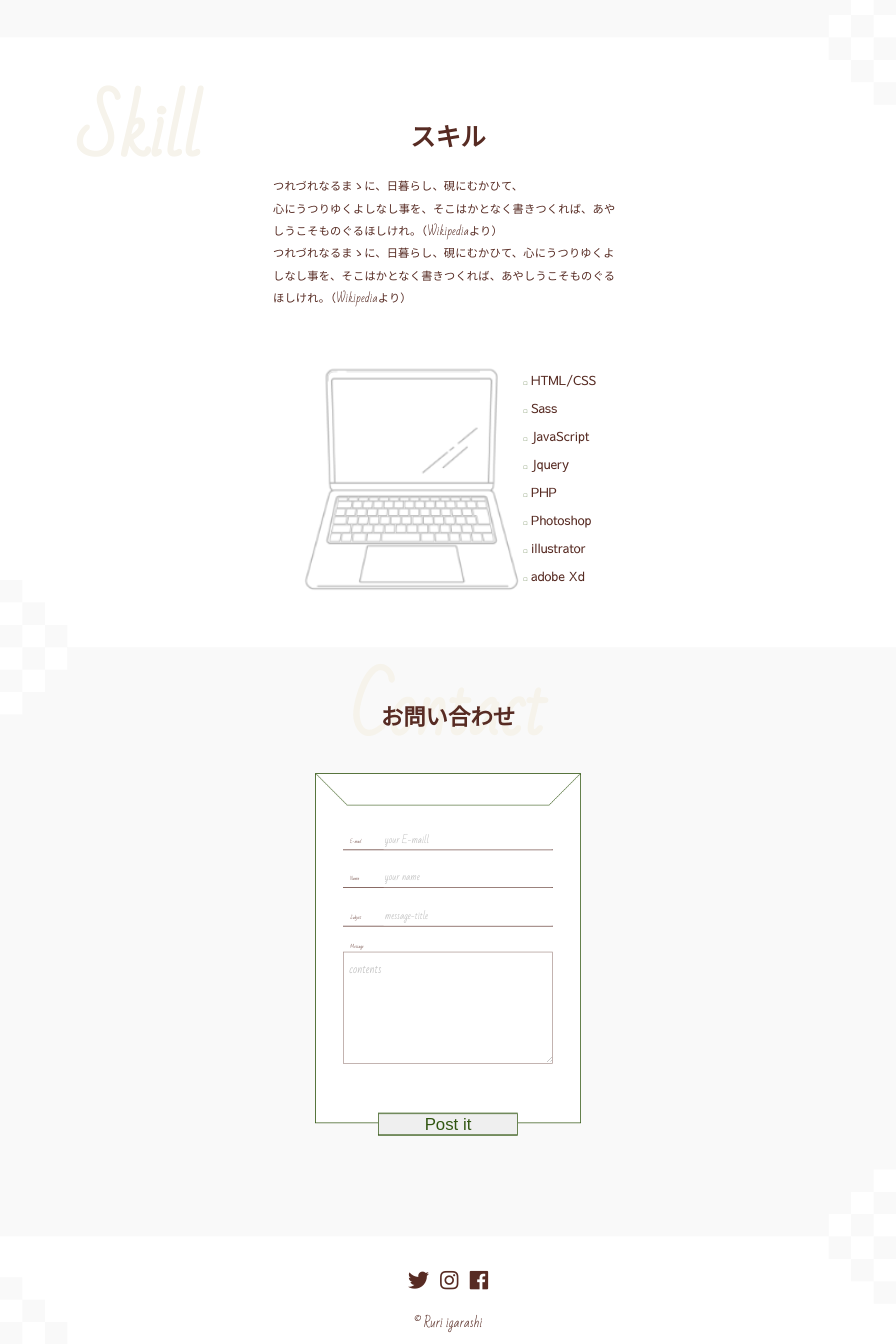
Repository: ppmp556/igarashi.kakuu
Page: index.html
The author's editor kept a copy of each file at every save. The page is drawn from the files as they stood at one save, then again after the next save.
The browser window is 1280 px wide. The pictures show the part of the page from y = 3622 to 5542 px (the page is 5542 px tall before and 5532 px after), at 70% of full size.
Some web libraries are served in a nearby version. The style sheet was rebuilt from its Sass, Less or Tailwind sources for each picture, by a compiler version that may differ from the author's.

Above is the page before, as saved 2020-11-11 13:48:55.

### index.html
<!DOCTYPE html>
<html lang="ja">
    <head>
        <meta charset="UTF-8">
        <meta name="viewport" content="width=device-width, initial-scale=1.0, maximum-scale=1.0, minimum-scale=1.0">
        <link rel="stylesheet" href="faundation.css" type="text/css">
        <link rel="stylesheet" href="css/style.css" type="text/css">
        <link href="https://use.fontawesome.com/releases/v5.6.1/css/all.css" rel="stylesheet">
        <link href="https://fonts.googleapis.com/css?family=Bad+Script" rel="stylesheet">
        <link href="https://fonts.googleapis.com/css?family=Sawarabi+Gothic" rel="stylesheet">
        <link rel="img" href="image">
        <title>架空LP</title>

    </head>
    <body>

    <div class="container">
        <header class="header">
            <h1 class="header_ttl">
                <a href="index.html" class="header_link">My Portfolio</a><!-- /.header_link -->
            </h1><!-- /.header_ttl -->
            <nav class="nav">
                <div class="nav_wrapper" id="nav_lists">
                    <!-- ハンバーガーメニュー部分 -->
                    <div class="toggle_btn" id="nav_toggler">
                        <span class="toggle_line __tg1"></span>
                        <span class="toggle_line __tg2"></span>
                        <span class="toggle_line __tg3"></span>
                    </div>
                    <!-- ハンバーガーメニューここまで -->
                </div>
                <ul class="nav_list flex">
                    <li class="nav_item">
                        <a href="#" class="nav_link">Profile<span class="nav_sp">プロフィール</a><!-- /.nav_link -->
                    </li><!-- /.nav_item -->
                    <li class="nav_item">
                        <a href="#" class="nav_link">Works<span class="nav_sp">実績一覧</a><!-- /.nav_link -->
                    </li><!-- /.nav_item -->
                    <li class="nav_item">
                        <a href="#" class="nav_link">Skill<span class="nav_sp">スキル</a><!-- /.nav_link -->
                    </li><!-- /.nav_item -->
                    <li class="nav_item nav_color">
                        <a href="#" class="nav_link nav_color">Contact<span class="nav_sp">お問い合わせ</a><!-- /.nav_link -->
                    </li><!-- /.nav_item -->
                </ul><!-- /.nav_list -->
            </nav><!-- /.nav -->
        </header><!-- /.header -->

        <div class="kv">
            <div class="kv_txtbox">
                <p class="kv_txt">I love this job from the bottom of my heart.</p><!-- /.kv_txt -->
                <p class="kv_txt __subtxt">私はこの仕事が大好きだ</p><!-- /.kv_txt -->
            </div><!-- /.kv_txtbox -->
            <div class="site_btn">
                <a href="#" class="site_link">Contact</a><!-- /.site_link -->
            </div><!-- /.site_btn -->
        </div><!-- /.kv -->
        <main>
            <div class="inner">

                <section class="prof" id="prof">
                    <div class="section_ttlbox">
                        <h2 class="prof_ttl">プロフィール</h2><!-- /.prof_ttl -->
                        <!-- <span class="prof_sub">Profile</span> -->
                    </div><!-- /.section_ttlbox -->
                    <div class="prof_inner">
                            <div class="prof_imgbox">
                                <img src="images/profile/profile.png" alt="#" class="prof_img">
                            </div><!-- /.prof_imgbox -->
                            <div class="prof_content">
                                <p class="prof_txt">
                                    つれづれなるまゝに、日暮らし、硯にむかひて<br>
                                    心にうつりゆくよしなし事を、<br>
                                    そこはかとなく書きつくれば、あやしうこそ
                                    ものぐるほしけれ。（Wikipediaより）<br>
                                    つれづれなるまゝに、日暮らし、硯にむかひ
                                    て、心にうつりゆくよしなし事を、そこはか
                                    となく書きつくれば、あやしうこそものぐる
                                    ほしけれ。（Wikipediaより）<br>
                                    つれづれなるまゝに、日暮らし、硯にむかひ
                                    て、心にうつりゆくよしなし事を、そこはか
                                    となく書
                                </p><!-- /.prof_txt -->
                                <div class="section_btnbox">
                                    <div class="flex">
                                            <div class="site_btn site_tw">
                                                <a href="#" class="site_link">Instagram</a>
                                            </div><!-- /.site_btn -->
                                            <div class="site_btn">
                                                <a href="#" class="site_link">Twitter</a>
                                            </div><!-- /.site_btn -->
                                    </div><!-- /.flex -->
                                </div><!-- /.section_btnbox -->
                            </div><!-- /.prof_content -->
                    </div><!-- /.prof_inner -->
                </section><!-- /#prof.prof -->

                <section class="work" id="work">
                    <div class="work_inner">

                        <div class="section_ttlbox">
                            <h2 class="work_ttl">実績一覧</h2><!-- /.work_ttl -->
                            <!-- <span class="work_sub">Works</span> -->
                        </div><!-- /.section_ttlbox -->
                        <div class="work_container">
                            <ul class="work_list">
                                <li class="work_item">
                                    <div class="work_imgbox">
                                        <img src="images/work1/work1.png" alt="" class="work_img">
                                    </div><!-- /.work_imgbox -->
                                    <div class="work_content">
                                        <div class="work_txtbox">
                                            <h3 class="work_minttl ">制作物のタイトル</h3><!-- /.work_minttl -->
                                            <p class="work_txt">
                                                難しかった点は、つれづれなるまゝに、日暮らし、硯にむかひて、心にうつりゆくよしなし事を、そこはかとなく書きつくれば、あやしうこそものぐるほしけれるほしけれ。あやしうこそものぐるほしけれ。（Wikipediaより）というように解決しました。
                                            </p><!-- /.work_txt -->
                                        </div><!-- /.work_txtbox -->
                                        <div class="site_btn">
                                            <a href="#" class="site_link">サイトを見る</a>
                                        </div><!-- /.site_btn -->
                                    </div><!-- /.work_content -->
                                </li><!-- /.work_item -->
                                <li class="work_item">
                                    <div class="work_imgbox">
                                        <img src="images/work2/work2.png" alt="" class="work_img">
                                    </div><!-- /.work_imgbox -->
                                    <div class="work_content">
                                        <div class="work_txtbox">
                                            <h3 class="work_minttl">制作物のタイトル制作物のタイトルタイトル</h3><!-- /.work_minttl -->
                                            <p class="work_txt">
                                                難しかった点は、つれづれなるまゝに、日暮らし、硯にむかひて、心にうつりゆくよしなし事を、そこはかとなく書きつくれば、あやしうこそものぐるほしけれるほしけれ。あやしうこそものぐるほしけれ。（Wikipediaより）というように解決しました。
                                            </p><!-- /.work_txt -->
                                        </div><!-- /.work_txtbox -->
                                        <div class="site_btn">
                                            <a href="#" class="site_link">サイトを見る</a>
                                        </div><!-- /.site_btn -->
                                    </div><!-- /.work_content -->
                                </li><!-- /.work_item -->
                                <li class="work_item">
                                    <div class="work_imgbox">
                                        <img src="images/work3/work3.png" alt="" class="work_img">
                                    </div><!-- /.work_imgbox -->
                                    <div class="work_content">
                                        <div class="work_txtbox">
                                            <h3 class="work_minttl">制作物のタイトル</h3><!-- /.work_minttl -->
                                            <p class="work_txt">
                                                難しかった点は、つれづれなるまゝに、日暮らし、硯にむかひて、心にうつりゆくよしなし事を、そこはかとなく書きつくれば、あやしうこそものぐるほしけれるほしけれ。あやしうこそものぐるほしけれ。（Wikipediaより）というように解決しました。
                                            </p><!-- /.work_txt -->
                                        </div><!-- /.work_txtbox -->
                                        <div class="site_btn">
                                            <a href="#" class="site_link">サイトを見る</a>
                                        </div><!-- /.site_btn -->
                                    </div><!-- /.work_content -->
                                </li><!-- /.work_item -->
                            </ul><!-- /.work_list -->
                        </div><!-- /.work_imgbox -->
                    </div><!-- /.work_inner -->
                </section><!-- /#work.work -->

                <section class="skill" id="skill">
                    <div class="section_ttlbox">
                        <h2 class="skill_ttl">スキル</h2><!-- /.skill_ttl -->
                        <!-- <span class="skill_sub">Skill</span> -->
                    </div><!-- /.section_ttlbox -->
                    <div class="skill_inner">
                        <div class="flex">
                            <div class="skill_txtbox">
                                <p class="skill_txt">
                                    つれづれなるまゝに、日暮らし、硯にむかひて、<br>
                                    心にうつりゆくよしなし事を、そこはかとなく書きつくれば、あやしうこそものぐるほしけれ。（Wikipediaより）<br>
                                    つれづれなるまゝに、日暮らし、硯にむかひて、心にうつりゆくよしなし事を、そこはかとなく書きつくれば、あやしうこそものぐるほしけれ。（Wikipediaより）
                                </p><!-- /.skill_txt -->
                            </div><!-- /.skill_txtbox -->
                            <div class="skill_listbox flex">
                                <div class="skill_imgbox">
                                    <img src="images/1544078499/1544078499.png" alt="" class="skill_img">
                                </div><!-- /.skill_imgbox -->
                                <ul class="skill_list">
                                    <li class="skill_item"><span class="skill_itemspan">□</span> HTML/CSS</li><!-- /.skill_item -->
                                    <li class="skill_item"><span class="skill_itemspan">□</span> Sass</li><!-- /.skill_item -->
                                    <li class="skill_item"><span class="skill_itemspan">□</span> JavaScript</li><!-- /.skill_item -->
                                    <li class="skill_item"><span class="skill_itemspan">□</span> Jquery</li><!-- /.skill_item -->
                                    <li class="skill_item"><span class="skill_itemspan">□</span> PHP</li><!-- /.skill_item -->
                                    <li class="skill_item"><span class="skill_itemspan">□</span> Photoshop</li><!-- /.skill_item -->
                                    <li class="skill_item"><span class="skill_itemspan">□</span> illustrator</li><!-- /.skill_item -->
                                    <li class="skill_item"><span class="skill_itemspan">□</span> adobe Xd</li><!-- /.skill_item -->
                                </ul><!-- /.skill_list -->
                            </div><!-- /.skill_listbox -->
                        </div><!-- /.flex -->
                    </div><!-- /.skill_inner -->
                </section><!-- /#skill.skii -->

                <section class="contact" id="contact">
                    <div class="section_ttlbox">
                        <h2 class="contact_ttl">お問い合わせ</h2><!-- /.contact_ttl -->
                        <!-- <span class="contact_sub">Contact</span> -->
                    </div><!-- /.section_ttlbox -->
                    <form action="#" class="contact_form">
                        <div class="contact_inner">
                            <div class="contact_formwrap">
                                <div class="form ord1">
                                    <div class="form2">

                                        <label for="email" class="form_ttl">E-mail</label>
                                        <input type="email" class="form_box" name="your-E-mail" placeholder="your E-maill">
                                    </div>
                                </div>
                                <div class="form ord2">
                                    <div class="form2 bb">
                                            <label for="name" class="form_ttl">Name</label>
                                            <input type="text" class="form_box" name="your name" placeholder="your name">

                                    </div>
                                </div>
                            </div><!-- /.contact_formwrap -->
                            <div class="contact_formwrap">
                                <div class="form ord3">
                                    <div class="form2">
                                        <label for="subject" class="form_ttl">Subject</label>
                                        <input type="subject" class="form_box" name="message-title" placeholder="message-title">
                                    </div>
                                </div>
                                <div class="form ord4">
                                    <div class="form2">
                                        <label for="message" class="form_ttl">Message</label>
                                        <textarea class="form_area" placeholder="contents" rows="4" cols="40"></textarea>
                                    </div>
                                </div>
                            </div><!-- /.contact_formwrap -->
                        </div><!-- /.contact_inner -->
                    </form>
                    <div class="contact_btn">
                        <input type="submit" value="Post it" class="site_btn">
                    </div>
                </section><!-- /#contact.contact -->
            </div><!-- /.inner -->

        </main>


        <footer class="footer">
                <div class="footer_sharbox">
                    <ul class="footer_sharelist">
                        <li class="footer_item"><i class="fab fa-twitter footer_icon"></i></li><!-- /.footer_item -->
                        <li class="footer_item"><i class="fab fa-instagram footer_icon"></i></li><!-- /.footer_item -->
                        <li class="footer_item"><i class="fab fa-facebook footer_icon"></i></li><!-- /.footer_item -->
                    </ul><!-- /.footer_sharalist -->
                </div><!-- /.footer_sharbox -->
            <small class="footer_txt">&copy; Ruri igarashi</small>
        </footer><!-- /.footer -->
    </div><!-- /.container -->

        <script src="https://code.jquery.com/jquery-3.4.1.js"></script>
        <script src="menu.js"></script>

    </body>
</html>

### faundation.css

html,
body,
div,
span,
object,
iframe,
h1,
h2,
h3,
h4,
h5,
h6,
p,
blockquote,
pre,
abbr,
address,
cite,
code,
del,
dfn,
em,
img,
ins,
kbd,
q,
samp,
small,
strong,
sub,
sup,
var,
b,
i,
dl,
dt,
dd,
ol,
ul,
li,
fieldset,
form,
label,
legend,
table,
caption,
tbody,
tfoot,
thead,
tr,
th,
td,
article,
aside,
canvas,
details,
figcaption,
figure,
footer,
header,
hgroup,
menu,
nav,
section,
summary,
time,
mark,
audio,
video {
  margin: 0;
  padding: 0;
  border: 0;
  outline: 0;
  font-size: 100%;
  vertical-align: baseline;
  background: transparent;
}

body {
  line-height: 1.5;
}

article,
aside,
details,
figcaption,
figure,
footer,
header,
hgroup,
menu,
nav,
section {
  display: block;
}

ul,
ol {
  list-style: none;
}

table {
  border-collapse: collapse;
  border-spacing: 0;
}

a {
  color: inherit;
  text-decoration: none;
}

img {
  width: 100%;
  max-width: 100%;
  height: auto;
  vertical-align: bottom;
}

Loaded but not shown: menu.js (51 lines, source omitted); scss/style.scss (1624 lines, source omitted)

After the next save:
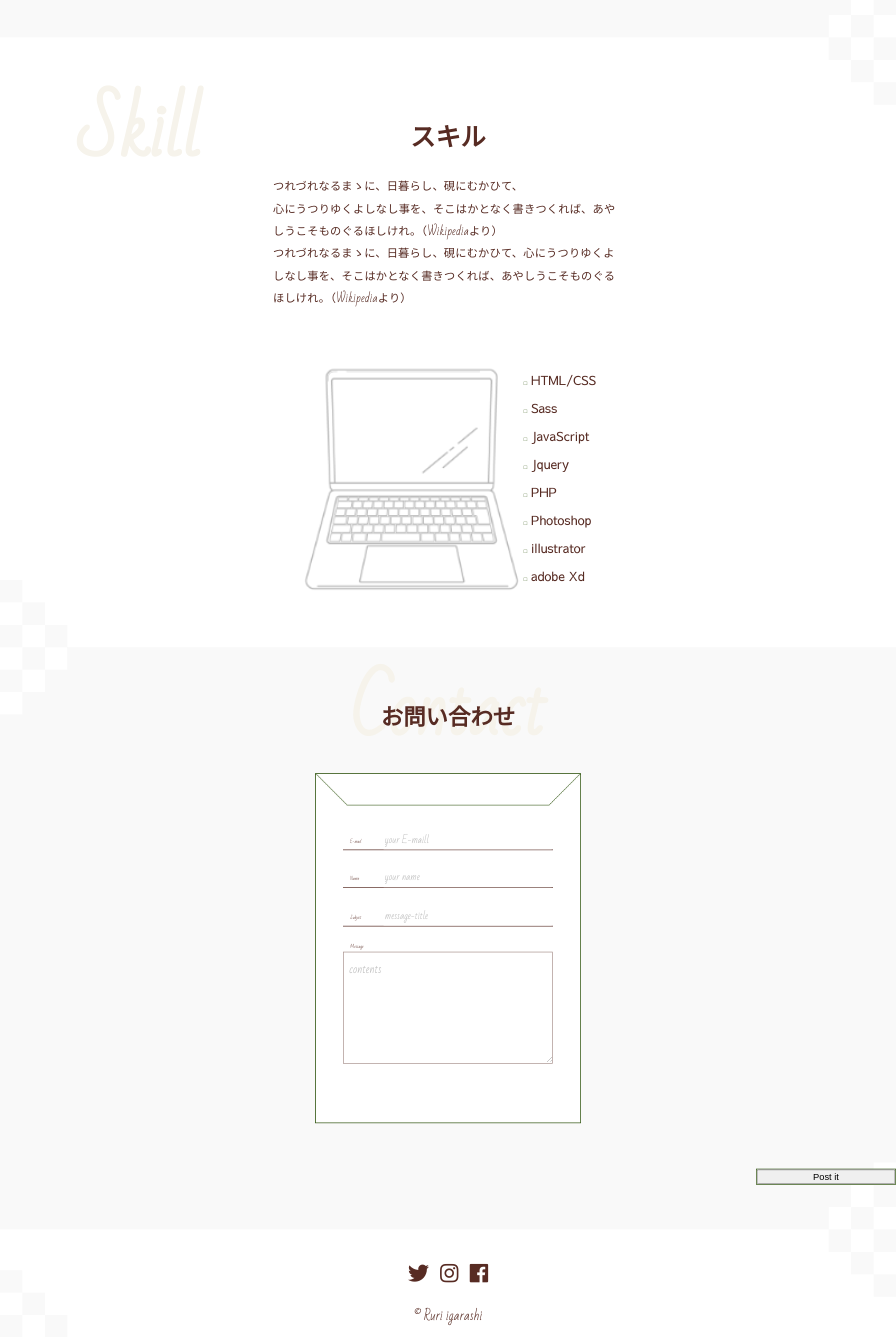
Saved 38 s later.
--- a/index.html
+++ b/index.html
@@ -229,8 +229,8 @@
                             </div><!-- /.contact_formwrap -->
                         </div><!-- /.contact_inner -->
                     </form>
-                    <div class="contact_btn">
-                        <input type="submit" value="Post it" class="site_btn">
+                    <div class="site_btn">
+                        <input type="submit" value="Post it" class="site_link">
                     </div>
                 </section><!-- /#contact.contact -->
             </div><!-- /.inner -->
